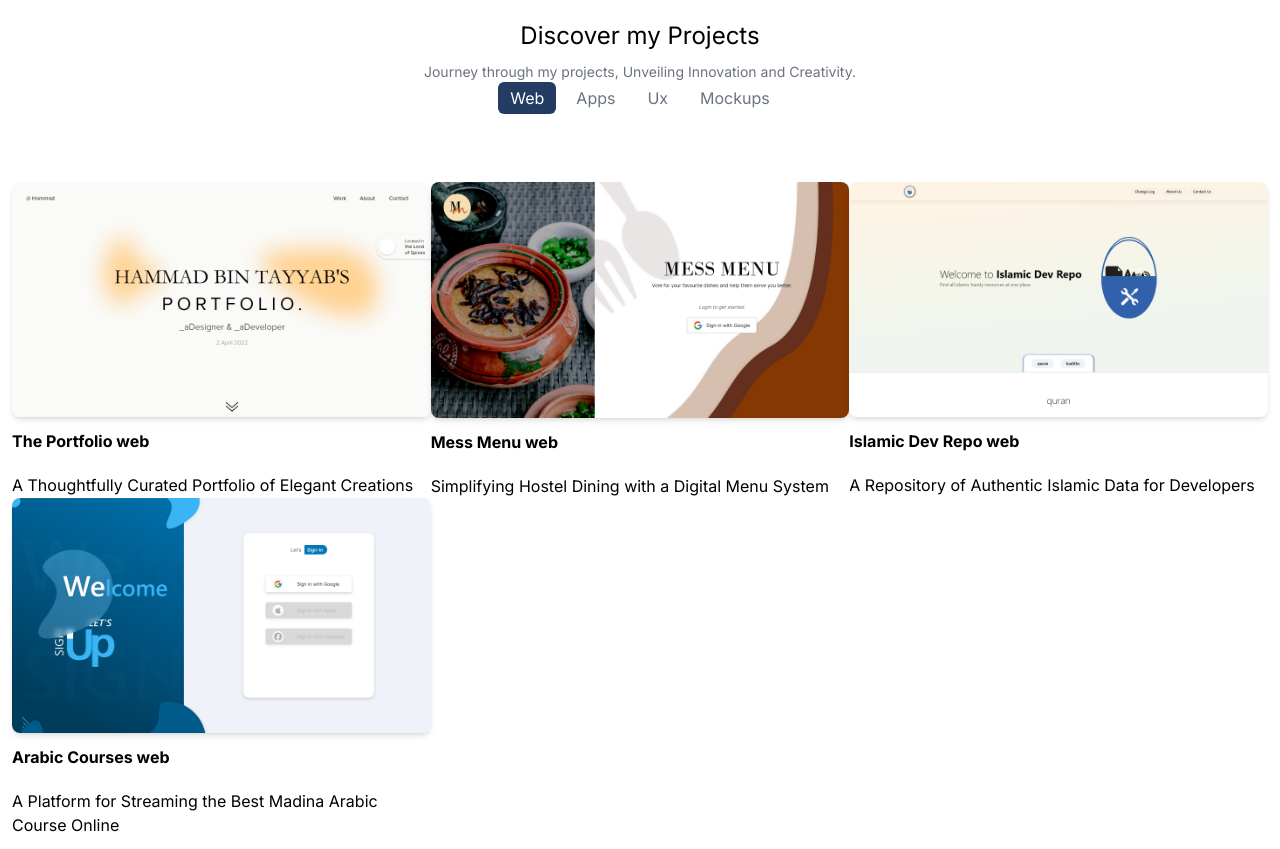
Repository: SpicierEwe/my_portfolio_v2
Page: /
The author's editor kept a copy of each file at every save. The page is drawn from the files as they stood at one save, then again after the next save.
The browser window is 1280 px wide. The pictures show the whole page.
The project was rebuilt for these pictures with package versions that can differ from the ones it lists, and the page was loaded fresh each time. The framework's server and built-in components were replaced by stand-ins that run in the browser. Also part of the build but not shown: next.config.js, core/utils/customIcons.js, core/utils/utils.tsx, core/db/sub_db_data/ux_db.js.

Above is the page before, as saved 2024-04-22 11:08:34.

After the next save:
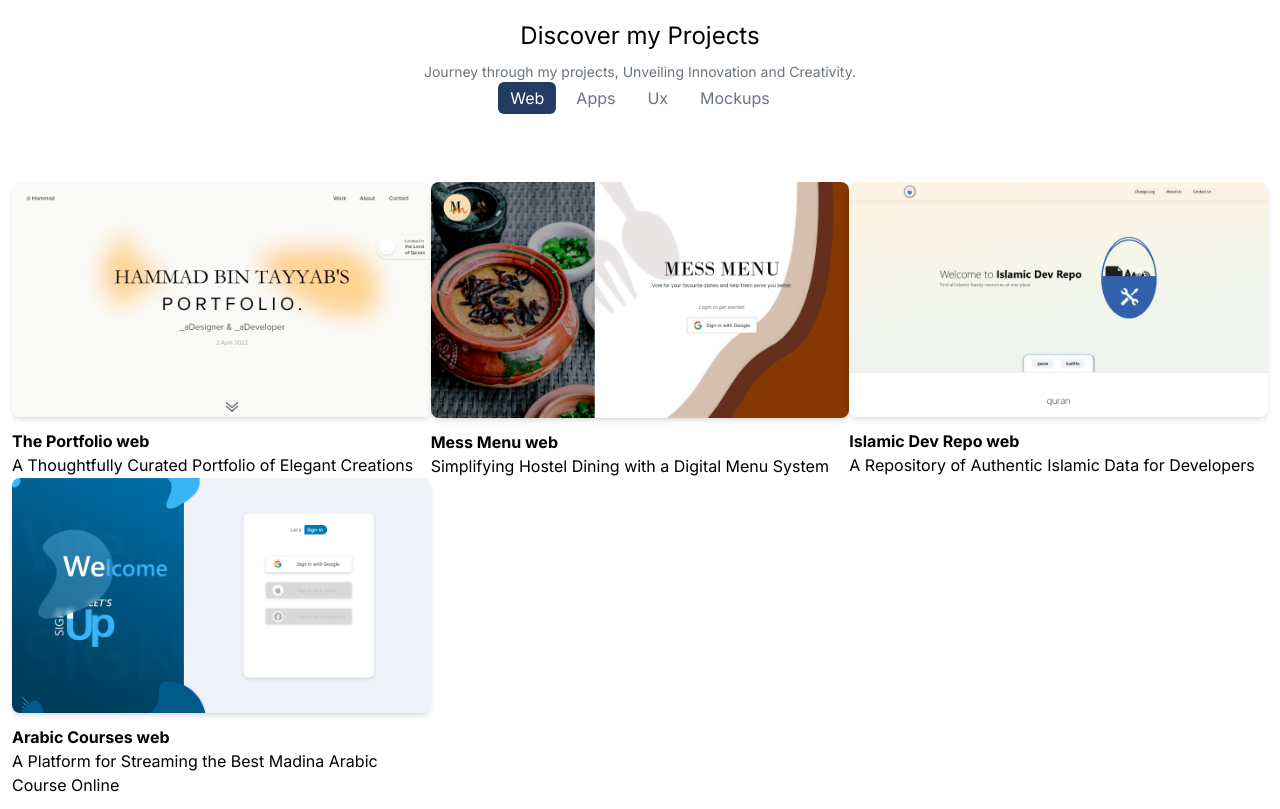
Saved 6 s later.
--- a/Components/Work_section/work_section.tsx
+++ b/Components/Work_section/work_section.tsx
@@ -66,7 +66,7 @@ export default function WorkSection() {
                       layout="responsive"
                     ></Image>
                   }
-                  <p className="mt-3 ml-1 mb-5 font-bold">
+                  <p className="mt-3 ml-1 font-bold">
                     {projectName} {selectedNavItemName}
                   </p>
                   <p>{tagLine}</p>
